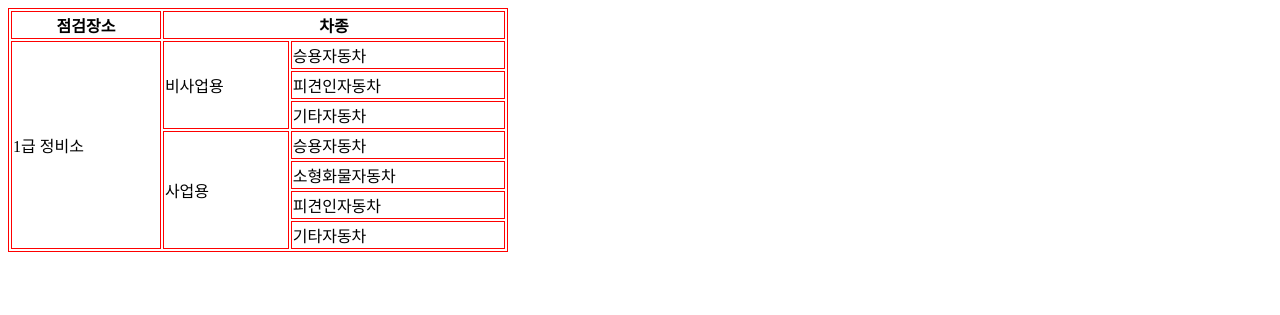
Repository: kisunssong/jsp
Page: http://localhost/test/tabletest.jsp
These files come from the project's save history. The page is drawn as it stood at one moment and after the next save; the edit follows.
The browser window is 1280 px wide. The pictures show the whole page.
The page is served by Tomcat 9.

Above is the page before, as saved 2020-10-31 09:37:57.

### test/WebContent/tabletest.jsp
<%@ page language="java" contentType="text/html; charset=EUC-KR"
    pageEncoding="EUC-KR"%>
<html>
<head><title>테이블 생성 기초</title></head>
<body>
<table border="1" bordercolor="red" width="500">
	<thead>
		<tr>
			<th bordercolor="red">점검장소</th><th colspan="2" bordercolor="red">차종</th>
		</tr>
	</thead>
	<tbody>
		<tr>
			<td rowspan="7" bordercolor="red">1급 정비소</td>
			<td rowspan="3" bordercolor="red">비사업용</td>
			<td bordercolor="red">승용자동차</td>
		</tr>
		<tr>
			<td bordercolor="red">피견인자동차</td>
		</tr>
		<tr>
			<td bordercolor="red">기타자동차</td>
		</tr>
		<tr>
			<td rowspan="4" bordercolor="red">사업용</td>
			<td bordercolor="red">승용자동차</td>
		</tr>
		<tr>
			<td bordercolor="red">소형화물자동차</td>
		</tr>
		<tr>
			<td bordercolor="red">피견인자동차</td>
		</tr>
		<tr>
			<td bordercolor="red">기타자동차</td>
		</tr>
	</tbody>
</table>
</body>
</html>

After the next save:
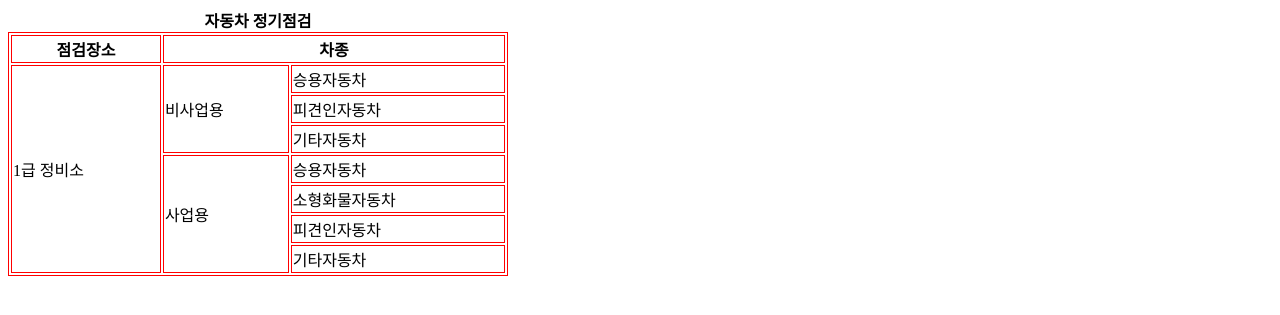
Saved 5 min 33 s later.
--- a/test/WebContent/tabletest.jsp
+++ b/test/WebContent/tabletest.jsp
@@ -4,6 +4,7 @@
 <head><title>테이블 생성 기초</title></head>
 <body>
 <table border="1" bordercolor="red" width="500">
+<caption><B>자동차 정기점검</B></caption>
 	<thead>
 		<tr>
 			<th bordercolor="red">점검장소</th><th colspan="2" bordercolor="red">차종</th>
